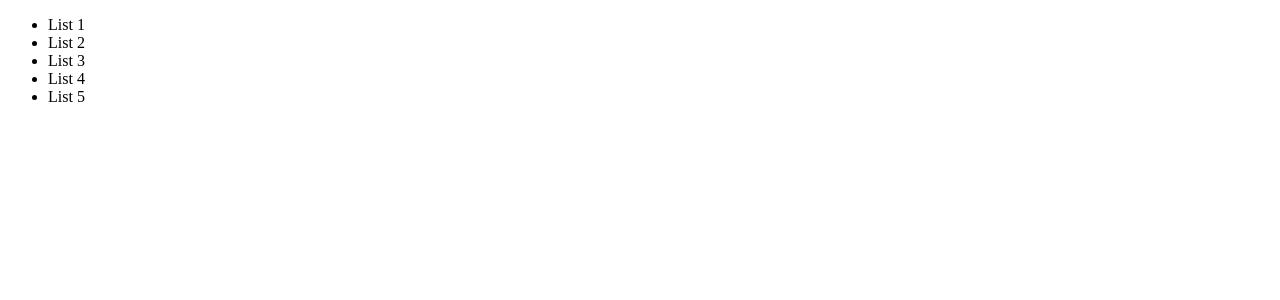
Repository: PankajSutharPersistent/vm-backup
Page: workspaceJavaScript/DemoJQuery/index.html
These files come from the project's save history. The page is drawn as it stood at one moment and after the next save; the edit follows.
The browser window is 1280 px wide. The pictures show the whole page.

Above is the page before, as saved 2017-01-02 04:32:01.
Console error: ReferenceError: jquery is not defined

After the next save:
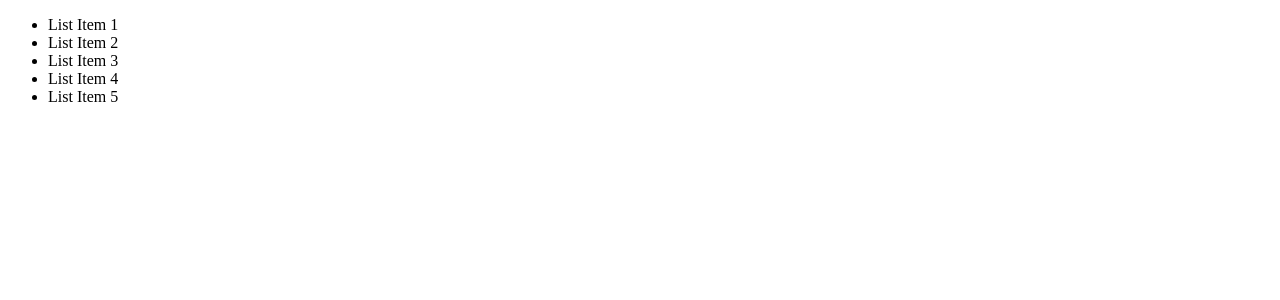
The error is gone.
Saved 4 min 53 s later.
--- a/workspaceJavaScript/DemoJQuery/index.html
+++ b/workspaceJavaScript/DemoJQuery/index.html
@@ -7,7 +7,7 @@
         <script src="lib/jquery-3.1.1.js" type="text/javascript" charset="utf-8"></script>
         	<script type="text/javascript" charset="utf-8">
 
-			jquery(function(){
+			jQuery(function(){
 					alert("Hi");
 				});
 			</script>
@@ -17,11 +17,11 @@
     </head>
     <body>
        <ul>
-       	<li>List 1</li>
-       	<li>List 2</li>
-       	<li>List 3</li>
-       	<li>List 4</li>
-       	<li>List 5</li>
+       	<li class="items">List Item 1</li>
+       	<li class="items">List Item 2</li>
+       	<li class="items">List Item 3</li>
+       	<li class="items">List Item 4</li>
+       	<li class="items">List Item 5</li>
        </ul>
    </body>
 </html>
